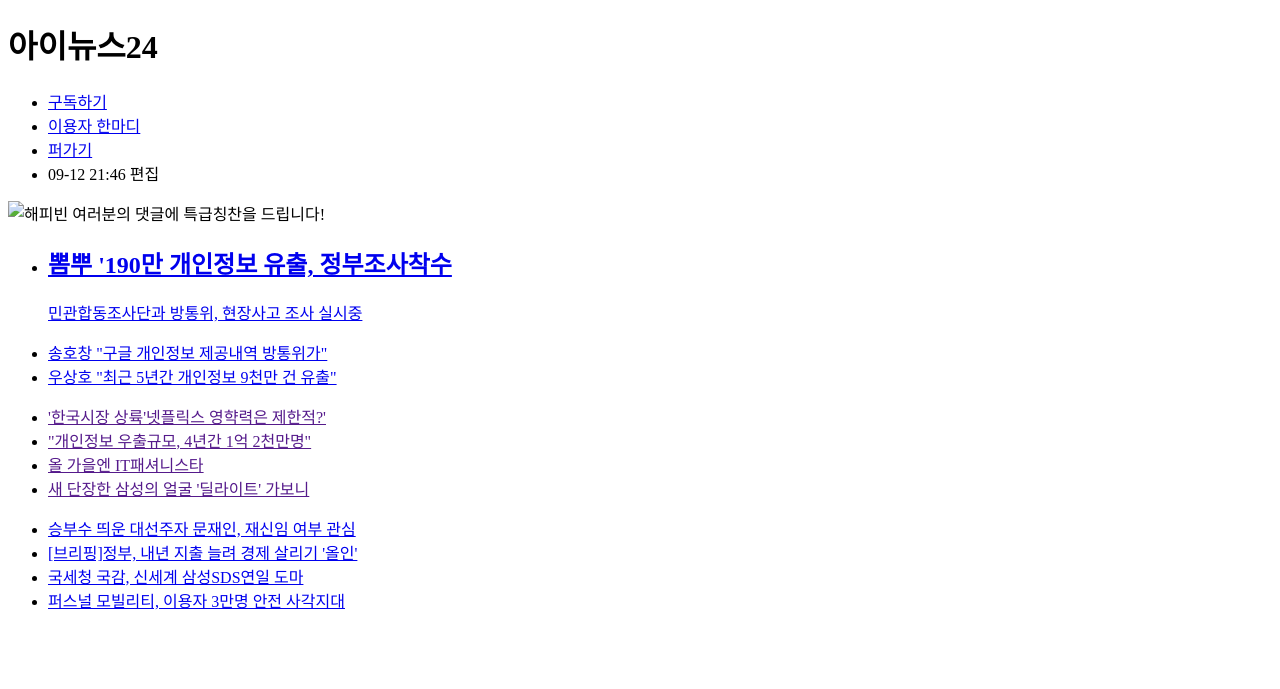
Repository: jungsoon-kim/home_study
Page: study/inews.html
These files come from the project's save history. The page is drawn as it stood at one moment and after the next save; the edit follows.
The browser window is 1280 px wide. The pictures show the whole page.

Above is the page before, as saved 2015-09-12 14:40:35.

After the next save:
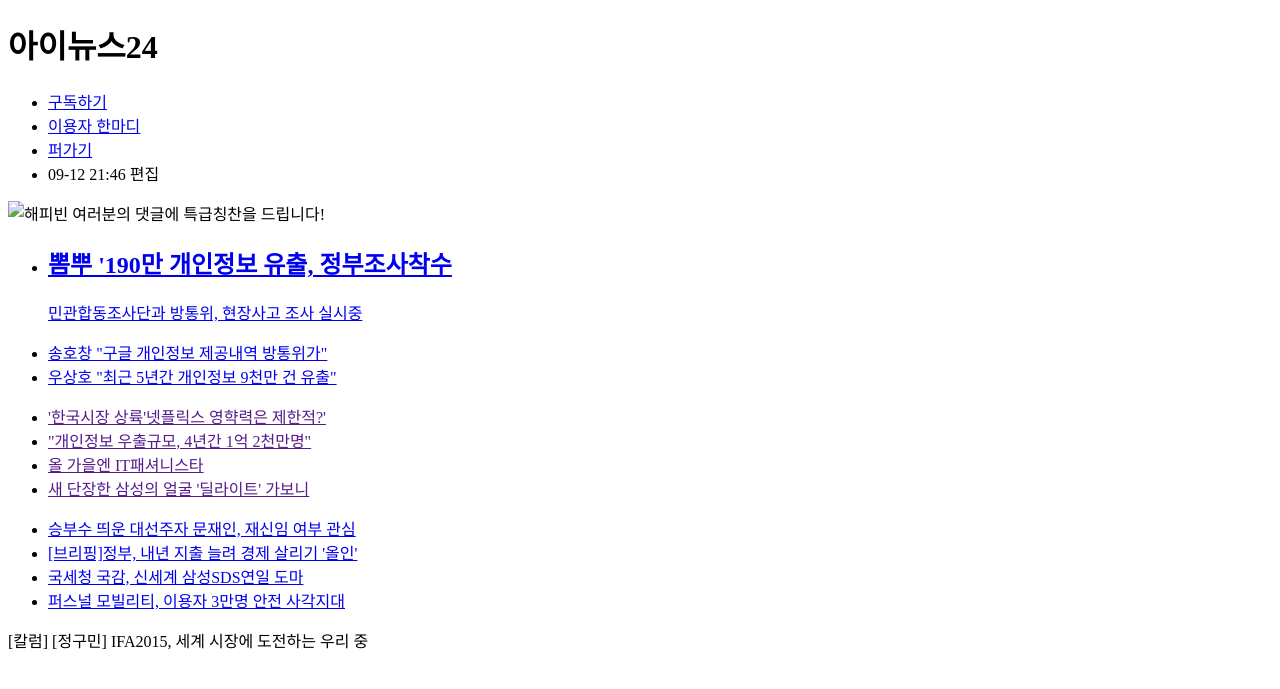
Saved 44 s later.
--- a/study/inews.html
+++ b/study/inews.html
@@ -46,6 +46,8 @@
 					<li><a href="#">퍼스널 모빌리티, 이용자 3만명 안전 사각지대</a></li>
 				</ul>
 
+				<p>[칼럼] [정구민] IFA2015, 세계 시장에 도전하는 우리 중</p>
+
 			</div><!--right[ex]-->
 
 			<div class="center">
